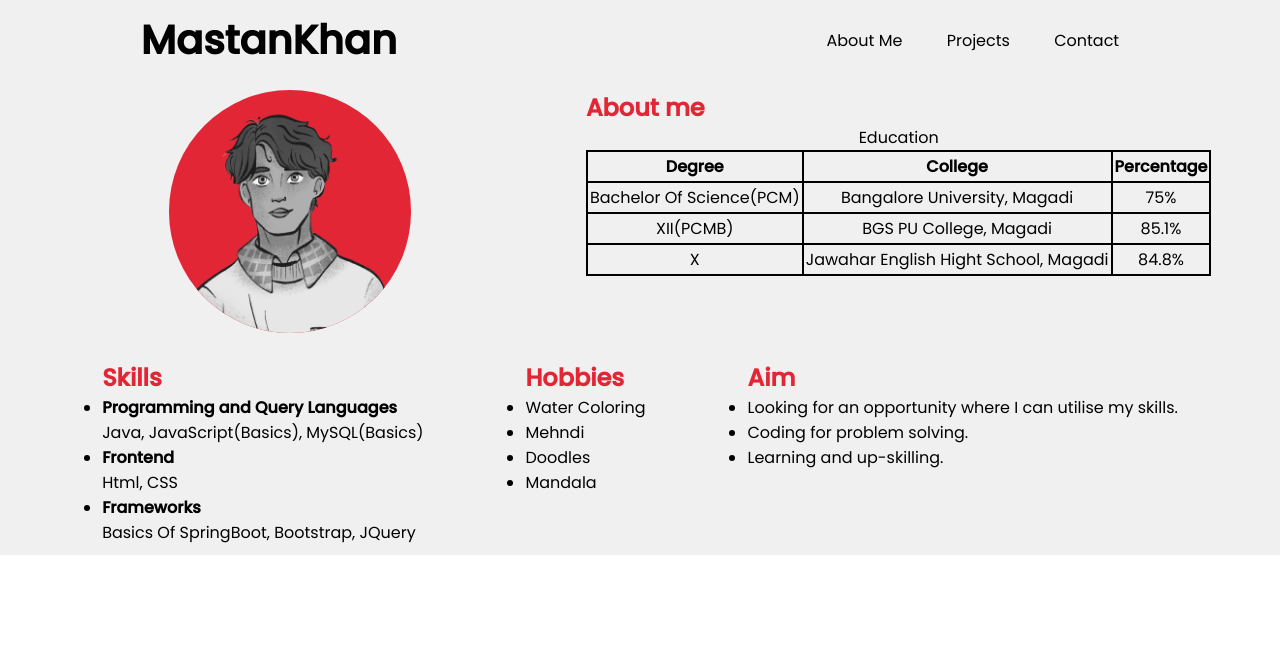
Repository: MastanKhan1/my_resume
Page: http://localhost/about_me
These files come from the project's save history. The page is drawn as it stood at one moment and after the next save; the edit follows.
The browser window is 1280 px wide. The pictures show the whole page.
Some web fonts or font styles are not loaded; a fallback is used. The page is this project's Thymeleaf template; nobody is signed in. The template is opened directly, without the code that normally fills it, so the values that code supplies are empty.

Above is the page before, as saved 2023-10-06 06:44:58.

After the next save:
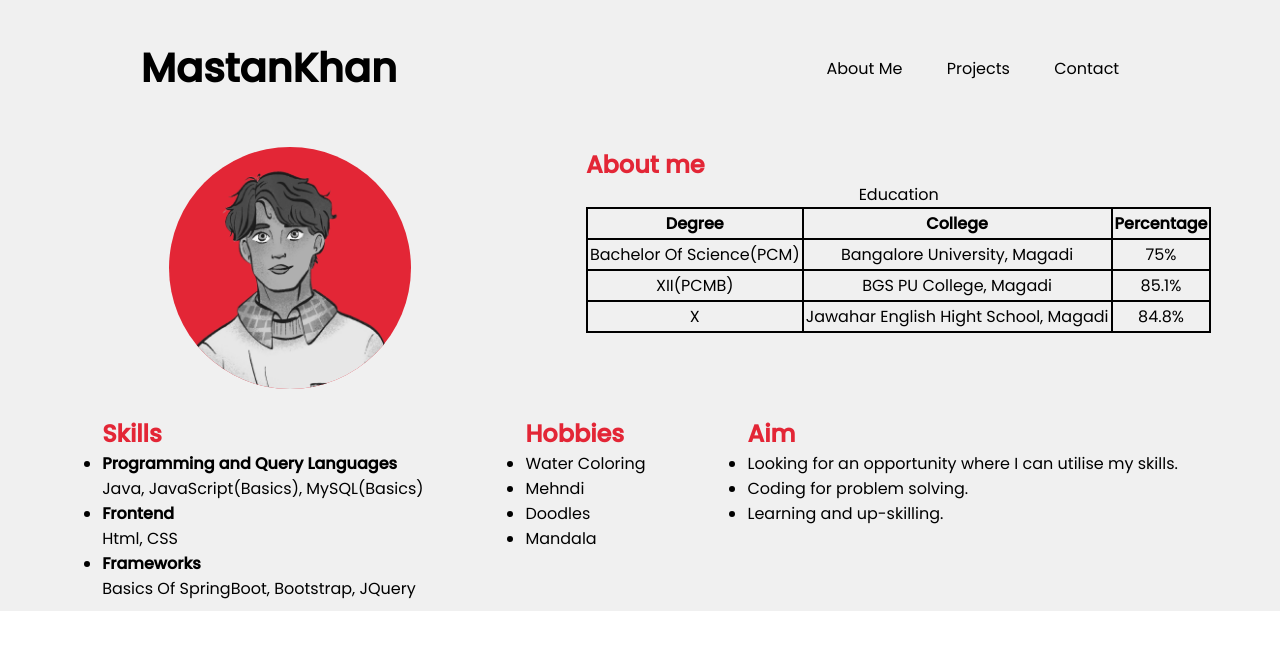
Saved 5 min 56 s later.
--- a/portfolio/src/main/resources/static/styles.css
+++ b/portfolio/src/main/resources/static/styles.css
@@ -13,7 +13,7 @@
 }
 
 #toggle{
-    padding: 10px 11%;
+    padding: 3% 11%;
     display: flex;
     flex-wrap: wrap;
     justify-content: space-between;
